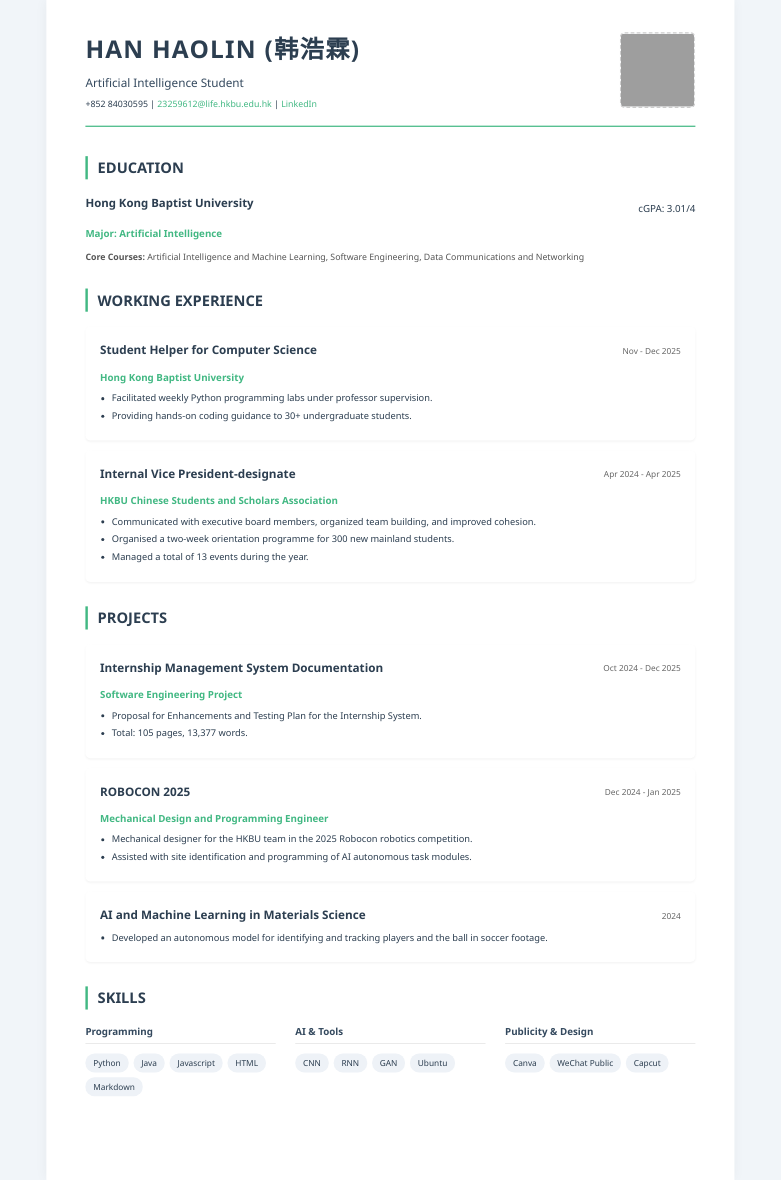
Repository: hhl2802149944-afk/hhl2802149944-afk.github.io
Page: /
These files come from the project's save history. The page is drawn as it stood at one moment and after the next save; the edit follows.
The browser window is 1280 px wide. The pictures show the whole page, at 61% of full size.
Pictures or frames that could not be fetched are drawn as grey boxes. The project was rebuilt for these pictures with package versions that can differ from the ones it lists, and the page was loaded fresh each time. Also part of the build but not shown: vite.config.js.

Above is the page before, as saved 2026-01-19 14:26:59.

After the next save:
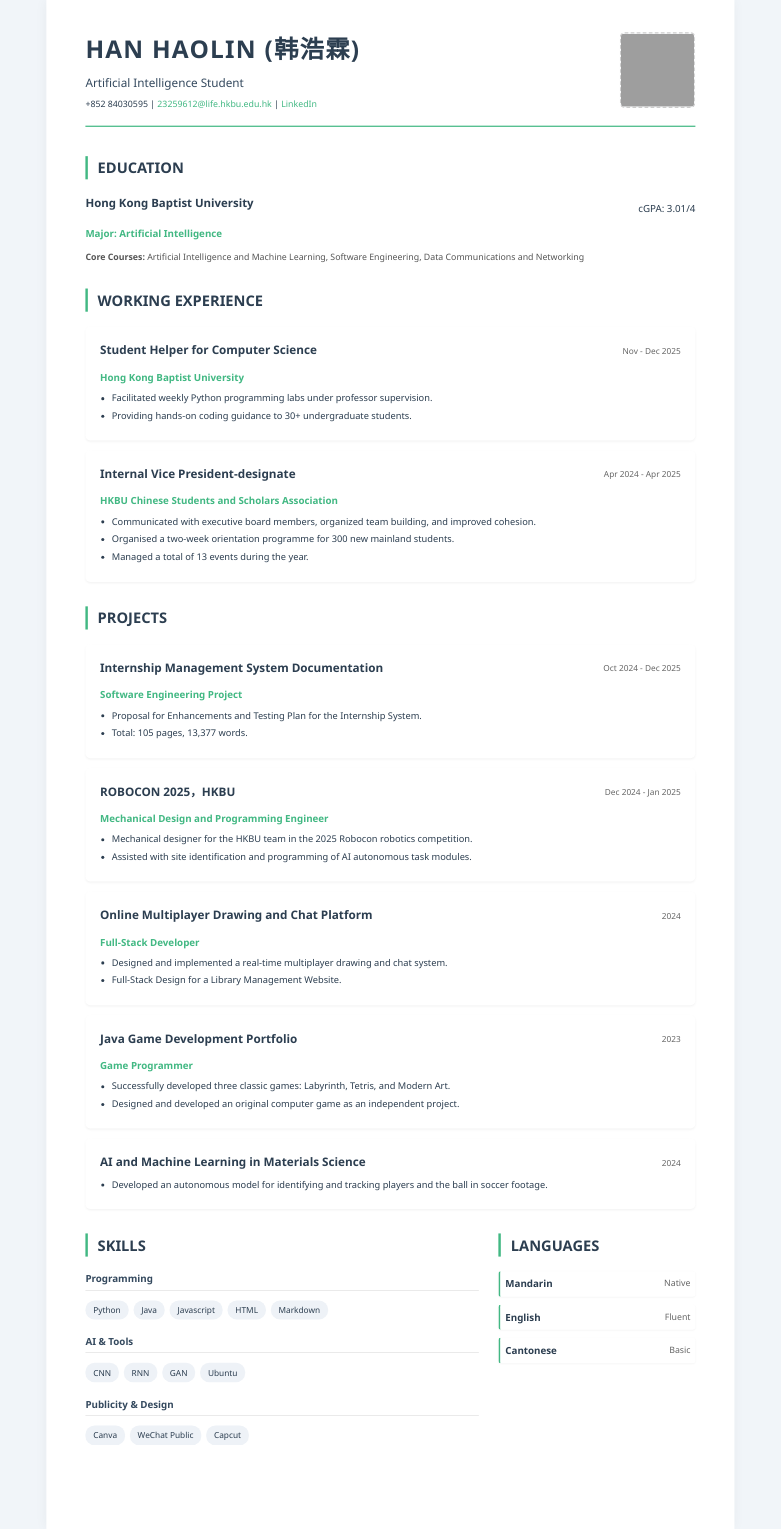
Saved 25 s later.
--- a/src/views/HomeView.vue
+++ b/src/views/HomeView.vue
@@ -49,12 +49,30 @@ const resumeData = {
       ]
     },
     {
-      name: "ROBOCON 2025",
+      name: "ROBOCON 2025，HKBU",
       date: "Dec 2024 - Jan 2025",
       role: "Mechanical Design and Programming Engineer",
       details: [
         "Mechanical designer for the HKBU team in the 2025 Robocon robotics competition.",
         "Assisted with site identification and programming of AI autonomous task modules."
+      ]
+    },
+    {
+      name: "Online Multiplayer Drawing and Chat Platform",
+      date: "2024",
+      role: "Full-Stack Developer",
+      details: [
+        "Designed and implemented a real-time multiplayer drawing and chat system.",
+        "Full-Stack Design for a Library Management Website."
+      ]
+    },
+    {
+      name: "Java Game Development Portfolio",
+      date: "2023",
+      role: "Game Programmer",
+      details: [
+        "Successfully developed three classic games: Labyrinth, Tetris, and Modern Art.",
+        "Designed and developed an original computer game as an independent project."
       ]
     },
     {
@@ -69,7 +87,12 @@ const resumeData = {
     programming: ["Python", "Java", "Javascript", "HTML", "Markdown"],
     ai_tech: ["CNN", "RNN", "GAN", "Ubuntu"],
     publicity: ["Canva", "WeChat Public", "Capcut"]
-  }
+  },
+  languages: [
+    { name: "Mandarin", level: "Native" },
+    { name: "English", level: "Fluent" },
+    { name: "Cantonese", level: "Basic" }
+  ]
 }
 </script>
 
@@ -108,28 +131,39 @@ const resumeData = {
       />
     </ResumeSection>
 
-    <ResumeSection title="Skills">
-      <div class="skills-grid">
-        <div class="skill-category">
-          <h4>Programming</h4>
-          <div class="skill-tags">
-            <span v-for="skill in resumeData.skills.programming" :key="skill" class="tag">{{ skill }}</span>
+    <div class="skills-lang-grid">
+      <ResumeSection title="Skills">
+        <div class="skills-grid">
+          <div class="skill-category">
+            <h4>Programming</h4>
+            <div class="skill-tags">
+              <span v-for="skill in resumeData.skills.programming" :key="skill" class="tag">{{ skill }}</span>
+            </div>
+          </div>
+          <div class="skill-category">
+            <h4>AI & Tools</h4>
+            <div class="skill-tags">
+              <span v-for="skill in resumeData.skills.ai_tech" :key="skill" class="tag">{{ skill }}</span>
+            </div>
+          </div>
+          <div class="skill-category">
+            <h4>Publicity & Design</h4>
+            <div class="skill-tags">
+              <span v-for="skill in resumeData.skills.publicity" :key="skill" class="tag">{{ skill }}</span>
+            </div>
           </div>
         </div>
-        <div class="skill-category">
-          <h4>AI & Tools</h4>
-          <div class="skill-tags">
-            <span v-for="skill in resumeData.skills.ai_tech" :key="skill" class="tag">{{ skill }}</span>
+      </ResumeSection>
+
+      <ResumeSection title="Languages">
+        <div class="lang-list">
+          <div v-for="lang in resumeData.languages" :key="lang.name" class="lang-item">
+            <span class="lang-name">{{ lang.name }}</span>
+            <span class="lang-level">{{ lang.level }}</span>
           </div>
         </div>
-        <div class="skill-category">
-          <h4>Publicity & Design</h4>
-          <div class="skill-tags">
-            <span v-for="skill in resumeData.skills.publicity" :key="skill" class="tag">{{ skill }}</span>
-          </div>
-        </div>
-      </div>
-    </ResumeSection>
+      </ResumeSection>
+    </div>
   </main>
 </template>
 
@@ -159,10 +193,16 @@ const resumeData = {
   color: #555;
 }
 
+.skills-lang-grid {
+  display: grid;
+  grid-template-columns: 2fr 1fr;
+  gap: 2rem;
+}
+
 .skills-grid {
-  display: grid;
-  grid-template-columns: repeat(auto-fit, minmax(200px, 1fr));
-  gap: 2rem;
+  display: flex;
+  flex-direction: column;
+  gap: 1.5rem;
 }
 
 .skill-category h4 {
@@ -170,6 +210,7 @@ const resumeData = {
   color: var(--secondary-color);
   border-bottom: 1px solid #ddd;
   padding-bottom: 0.3rem;
+  font-size: 1rem;
 }
 
 .skill-tags {
@@ -185,4 +226,35 @@ const resumeData = {
   font-size: 0.85rem;
   color: var(--primary-color);
 }
+
+.lang-list {
+  display: flex;
+  flex-direction: column;
+  gap: 0.8rem;
+}
+
+.lang-item {
+  display: flex;
+  justify-content: space-between;
+  padding: 0.5rem;
+  background: white;
+  border-radius: 4px;
+  border-left: 3px solid var(--accent-color);
+  box-shadow: 0 1px 3px rgba(0,0,0,0.05);
+}
+
+.lang-name {
+  font-weight: bold;
+}
+
+.lang-level {
+  color: #666;
+  font-size: 0.9rem;
+}
+
+@media (max-width: 768px) {
+  .skills-lang-grid {
+    grid-template-columns: 1fr;
+  }
+}
 </style>
